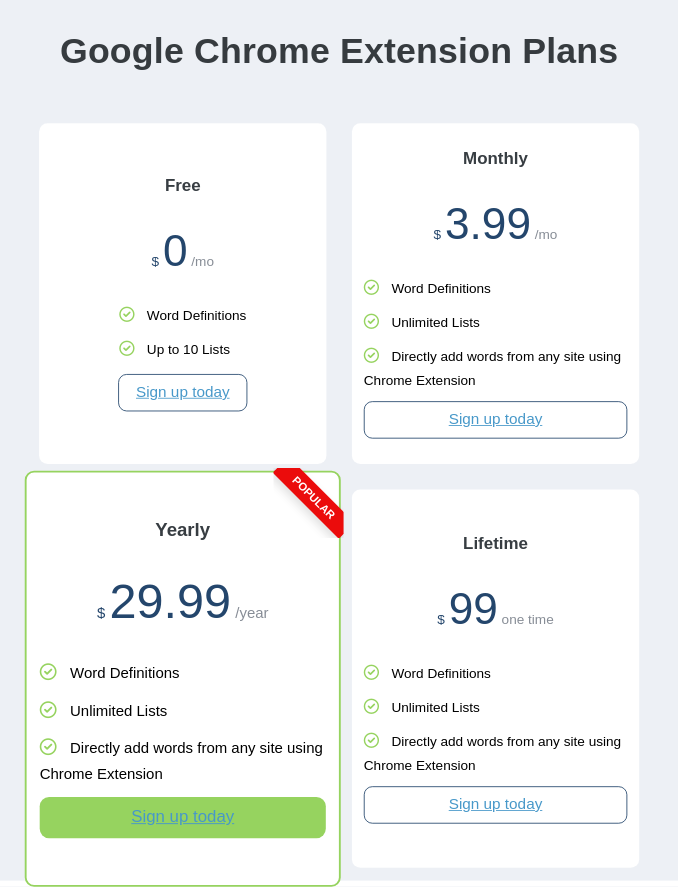
Repository: Novoselets28/chatos-test-task
Page: index.html
These files come from the project's save history. The page is drawn as it stood at one moment and after the next save; the edit follows.
The browser window is 768 px wide. The page is 798 px wide, so the pictures cover 798 px, including what lies to the right of the window. The pictures show the whole page, at 85% of full size.

Above is the page before, as saved 2023-04-20 01:09:07.

### index.html
<!DOCTYPE html>
<html lang="en">
<head>
    <meta charset="UTF-8">
    <meta http-equiv="X-UA-Compatible" content="IE=edge">
    <meta name="viewport" content="width=device-width, initial-scale=1.0">
    <link rel="stylesheet" type="text/css" href="index.css" />
    <link rel="stylesheet" href="https://cdnjs.cloudflare.com/ajax/libs/font-awesome/6.0.0/css/all.min.css">
    <link rel="preconnect" href="https://fonts.googleapis.com">
    <link rel="preconnect" href="https://fonts.gstatic.com" crossorigin>
    <link href="https://fonts.googleapis.com/css2?family=Arimo:wght@400;700&family=Rubik&display=swap" rel="stylesheet">
    <title>Document</title>
</head>
<body>
    <div class="page__extension extension">
        <div class="extension__container _container">
            <div class="extension__header header-block">
                <h2 class="header-block__title">Google Chrome Extension Plans</h2>
            </div>
            <div class="extension__items">
                <!-- Modern pricing table - Free -->
                <div class="extension__item item-extension">
                    <h5 class="item-extension__title">Free</h5>
                    <div class="item-extension__price price-item">
                        <span class="price-item__dollar">$</span>
                        <span class="price-item__number">0</span>
                        <span class="price-item__label">/mo</span>
                    </div>
                    <div class="item-extension__points">
                        <ul class="item-extension__point point-list">
                            <li class="point-list__item">
                                <i class="icon fa-regular fa-circle-check" style="color: #96d35f;"></i>
                                Word Definitions
                            </li>
                            <li class="point-list__item">
                                <i class="icon fa-regular fa-circle-check" style="color: #96d35f;"></i>
                                Up to 10 Lists
                            </li>
                        </ul>
                        <a href="https://boostvocab.com/register" class="item-extension__button">Sign up today</a>
                    </div>

                </div>
                <!-- END : Modern pricing table - Free -->
                <!-- Modern pricing table - MOnthly -->
                <div class="extension__item item-extension">
                    <h5 class="item-extension__title">Monthly</h5>
                    <div class="item-extension__price price-item">
                        <span class="price-item__dollar">$</span>
                        <span class="price-item__number">3.99</span>
                        <span class="price-item__label">/mo</span>
                    </div>
                    <div class="item-extension__points">
                        <ul class="item-extension__point point-list">
                            <li class="point-list__item">
                                <i class="icon fa-regular fa-circle-check" style="color: #96d35f;"></i>
                                Word Definitions
                            </li>
                            <li class="point-list__item">
                                <i class="icon fa-regular fa-circle-check" style="color: #96d35f;"></i>
                                Unlimited Lists
                            </li>
                            <li class="point-list__item">
                                <i class="icon fa-regular fa-circle-check" style="color: #96d35f;"></i>
                                Directly add words from any site using Chrome Extension
                            </li>
                        </ul>
                        <a target="new" href="https://buy.stripe.com/5kAdRpbLh3k71RS6oo" class="item-extension__button">Sign up today</a>
                    </div>
                </div>
                <!-- END : Modern pricing table - Monthly -->
                <!-- Modern pricing table - Yearly -->
                <div class="extension__item item-extension item-extension_active">
                    <div class="ribbon"><span>POPULAR</span></div>
                    <h5 class="item-extension__title">Yearly</h5>
                    <div class="item-extension__price price-item">
                        <span class="price-item__dollar">$</span>
                        <span class="price-item__number">29.99</span>
                        <span class="price-item__label">/year</span>
                    </div>
                    <div class="item-extension__points">
                       <ul class="item-extension__point point-list">
                            <li class="point-list__item">
                                <i class="icon fa-regular fa-circle-check" style="color: #96d35f;"></i>
                                Word Definitions
                            </li>
                            <li class="point-list__item">
                                <i class="icon fa-regular fa-circle-check" style="color: #96d35f;"></i>
                                Unlimited Lists
                            </li>
                            <li class="point-list__item">
                                <i class="icon fa-regular fa-circle-check" style="color: #96d35f;"></i>
                                Directly add words from any site using Chrome Extension
                            </li>
                        </ul>
                        <a target="new" href="https://buy.stripe.com/aEU6oX3eL6wjdAA7st" class="item-extension__button">Sign up today</a>
                    </div>
                </div>
                <!-- END : Modern pricing table - Yearly -->
                <!-- Modern pricing table - Lifetime -->
                <div class="extension__item item-extension">
                    <h5 class="item-extension__title">Lifetime</h5>
                    <div class="item-extension__price price-item">
                        <span class="price-item__dollar">$</span>
                        <span class="price-item__number">99</span>
                        <span class="price-item__label">one time</span>
                    </div>
                    <div class="item-extension__points">
                        <ul class="item-extension__point point-list">
                            <li class="point-list__item">
                                <i class="icon fa-regular fa-circle-check" style="color: #96d35f;"></i>
                                Word Definitions
                            </li>
                            <li class="point-list__item">
                                <i class="icon fa-regular fa-circle-check" style="color: #96d35f;"></i>
                                Unlimited Lists
                            </li>
                            <li class="point-list__item">
                                <i class="icon fa-regular fa-circle-check" style="color: #96d35f;"></i>
                                Directly add words from any site using Chrome Extension
                            </li>
                        </ul>
                        <a target="new" href="https://buy.stripe.com/4gwfZxbLh8Er54428a" class="item-extension__button">Sign up today</a>
                    </div>
                </div>
            </div>
            <!-- END : Modern pricing table - Lifetime -->
        </div>
    </div>
</body>
</html>

### index.css
*{
    margin: 0;
    padding: 0;
    box-sizing: border-box;
}

.extension__container{
    background-color: #edf0f5;
}

._container{
    max-width: 1440px;
    height: 100vh;
    padding: 0 0.9375rem;
    margin: 0 auto;
    box-sizing: content-box;
    font-family: 'Arimo', sans-serif;
}

@media (max-width: 1024px){
    ._container{
        width: 100%;
        height: auto;
    }
}

@media (max-width: 768px){
    ._container{
        width: 100%;
        height: auto;
    }
}

@media (max-width: 425px){
    ._container{
        width: 100%;
        height: auto;
    }
}

.extension__header{
    margin: 0 0 2.5rem 0;
    padding: 1.875rem 0 0;
}

.header-block{
    text-align: center;
}

.header-block__title{
    font-size: 2.625rem;
    letter-spacing: 0.2px;
    font-weight: 700;
    line-height: 142%;
    color: #363b3f;
}

@media (max-width: 425px){
    .header-block__title{
        font-size: 1.625rem;
    }
}

.extension__items{
    display: flex;
    align-items: stretch;
    justify-content: center;
    font-family: inherit;
    font-size: 1.5rem;
}

@media (max-width: 1024px){
    .extension__items{
        display: flex;
        flex-wrap: wrap;

    }
}

@media (max-width: 768px){
    .extension__items{
        display: flex;
        flex-wrap: wrap;
        width: 100%;
    }
}

@media (max-width: 425px){
    .extension__items{
        display: flex;
        justify-content: center;
        flex-wrap: wrap;
        width: 400px;
    }
}

.extension__item{
    flex: 0 1 25%;
}


.item-extension{
    display: flex;
    flex-direction: column;
    justify-content: center;
    align-items: center;
    background-color: #fff;
    padding: 1.875rem 0;
    border-radius: 0.625rem;
}

@media (max-width: 1024px){
    .extension__item{
        flex: 0 1 40%;
        margin: 15px;
    }
}

@media (max-width: 768px){
    .extension__item{
        flex: 0 1 44%;
        margin: 15px;
    }
}

@media (max-width: 425px){
    .extension__item{
        flex: 0 1 80%;
        margin: 15px;
    }
}

.item-extension_active{
    border: 2px solid #96d35f;
    left: 0px;
    position: relative;
    top: 0px;
    padding: 3.125rem 0;
    transform: scale(1.1);
    z-index: 1;
}

.item-extension_active .item-extension__button{
    background-color: #96d35f;
    border: none;
}

.ribbon {
    width: 4.6875rem;
    height: 4.6875rem;
    position: absolute;
    top: -0.3125rem;
    right: -0.3125rem;
    overflow: hidden;
}

.ribbon span {
    position: absolute;
    font-family: 'Arimo', sans-serif;
    font-weight: bold;
    top: 1.25rem;
    right: -1.125rem;
    transform: rotate(45deg);
    width: 6.25rem;
    background: #eb0c0c;
    padding: 5px 0;
    color: #fff;
    text-align: center;
    font-size: 0.75rem;
    box-shadow: 0 0.3125rem 0.625rem rgba(0,0,0,0.12);
}

.item-extension__title{
    color: #373d42;
    margin: 0 0 2.1875rem;
}

.item-extension__price{
    color: #24466c;
}

.price-item{
    margin: 0 0 1.5625rem;
    font-size: 1.5rem;
    text-align: center;
    font-family: 'Poppins', sans-serif;
    font-weight: lighter;
}

@media (max-width: 1024px){
    .price-item{
        font-size: 1rem;
    }
}

.price-item__dollar{
    font-size: 1rem;
}

.price-item__number{
    text-transform: uppercase;
    font-size: 5.25rem;
}

@media (max-width: 1024px){
    .price-item__number{
        font-size: 3.25rem;
    }
}

.price-item__label{
    color: #878d96;
    font-size: 1rem;
}

.item-extension__points{
    display: flex;
    flex-direction: column;
    justify-content: center;
    align-items: center;
    margin: 0 1.875rem;
}

@media (max-width: 1024px){
    .item-extension__points{
        margin: 0 0.875rem;
    }
}

.item-extension__point{
    color: inherit;
    font-weight: 400;
    line-height: 150%;
    font-size: 1rem;
    display: flex;
    flex-direction: column;
    justify-content: space-around;
    align-items: center;
    margin: 0 0 0.625rem;
}

.point-list{

}

.point-list__item .icon{
    content: "f058";
    font-family: "Font Awesome 6 Free";
    font-size: 1.125rem;
    line-height: 2;
    padding: 0 0.625rem 0 0;
}

.point-list__item{
    list-style-type: none;
    width: 100%;
    padding: 0.625rem 0;
}

@media (max-width: 1024px){
    .point-list__item{
        padding: 0.125rem 0;
    }
}

.item-extension__button{
    border: 1px solid #24466c;
    min-height: 2.75rem;
    display: flex;
    font-weight: 400;
    justify-content: center;
    align-items: center;
    line-height: 120%;
    padding: 0.3125rem 1.25rem;
    text-align: center;
    border-radius: 0.625rem;
    width: 100%;
    color: #4798c9;
    font-size: 1.125rem;
}

After the next save:
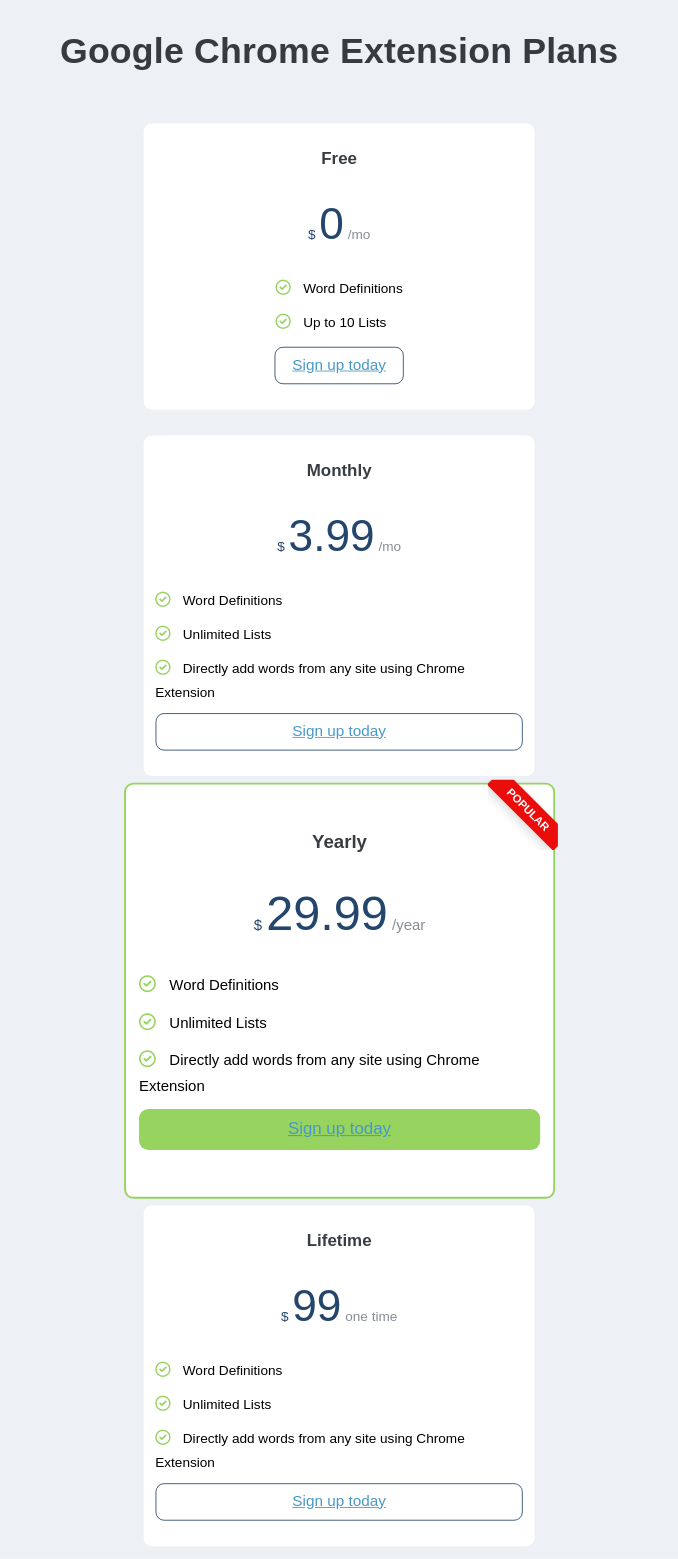
Saved 2 min 5 s later.
--- a/index.css
+++ b/index.css
@@ -118,7 +118,7 @@
 
 @media (max-width: 768px){
     .extension__item{
-        flex: 0 1 44%;
+        flex: 0 1 60%;
         margin: 15px;
     }
 }
